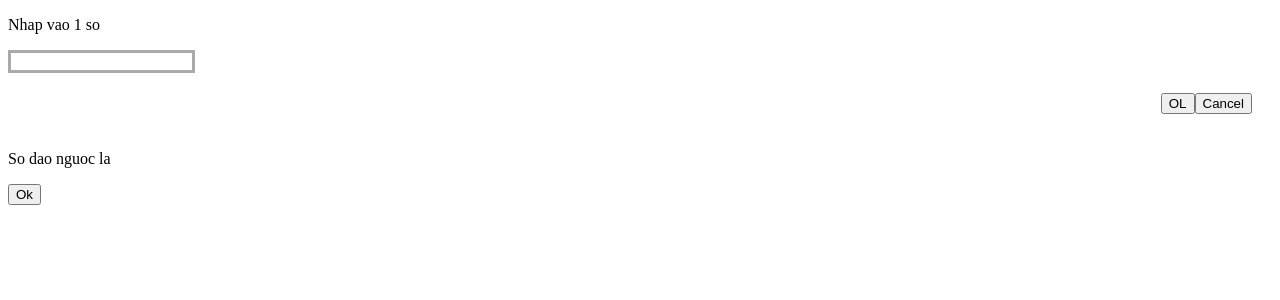
Repository: lhggiang/Sodaonguoc
Page: index.html
The author's editor kept a copy of each file at every save. The page is drawn from the files as they stood at one save, then again after the next save.
The browser window is 1280 px wide. The pictures show the whole page.

Above is the page before, as saved 2023-05-19 06:52:11.

### index.html
<!DOCTYPE html>
<html lang="en">

<head>
    <meta charset="UTF-8">
    <meta http-equiv="X-UA-Compatible" content="IE=edge">
    <meta name="viewport" content="width=device-width, initial-scale=1.0">
    <link rel="stylesheet" href="./style.css">
    <title>Document</title>
</head>

<body>
    <div class="sodaonguoc">
        <p>Nhap vao 1 so</p>
        <input type="number" id="num">
        <div class="btn">
            <button id="yes">OL</button>
            <button>Cancel</button>
        </div>
        <p>So dao nguoc la <span id="result"></span></p>
        <button>Ok</button>
    </div>

    <script src="./javascript.js"></script>
</body>

</html>

### style.css
#num {
  border: 3px solid #aaa;
}

.btn {
  display: flex;
  justify-content: flex-end;
  padding: 20px;
}

.ok {
  background: blue;
}

### javascript.js
//So dao nguoc
//C1:
document.getElementById("yes").onclick = function () {
  let num = parseInt(document.getElementById("num").value);
  let res = 0;
  while (num > 0) {
    res = res * 10 + (num % 10);
    num = parseInt(num / 10);
  }
  let result = document.getElementById("result");
  result.innerHTML = res;
};

After the next save:
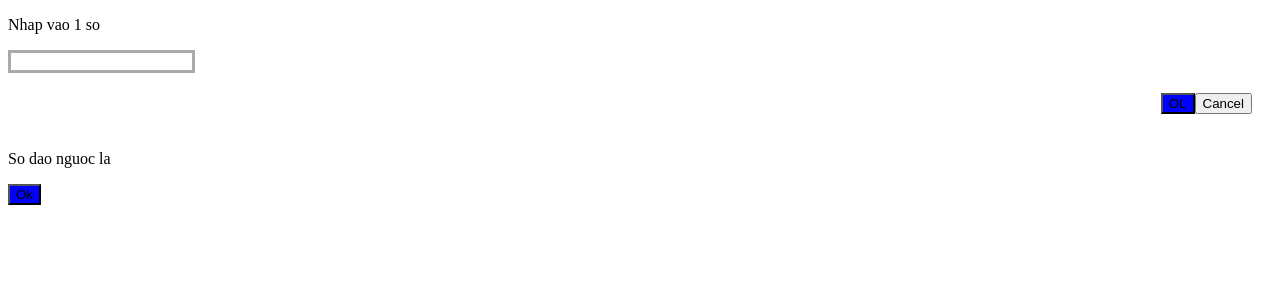
Saved 10 s later.
--- a/index.html
+++ b/index.html
@@ -14,11 +14,11 @@
         <p>Nhap vao 1 so</p>
         <input type="number" id="num">
         <div class="btn">
-            <button id="yes">OL</button>
+            <button id="yes" class="ok">OL</button>
             <button>Cancel</button>
         </div>
         <p>So dao nguoc la <span id="result"></span></p>
-        <button>Ok</button>
+        <button class="ok">Ok</button>
     </div>
 
     <script src="./javascript.js"></script>
